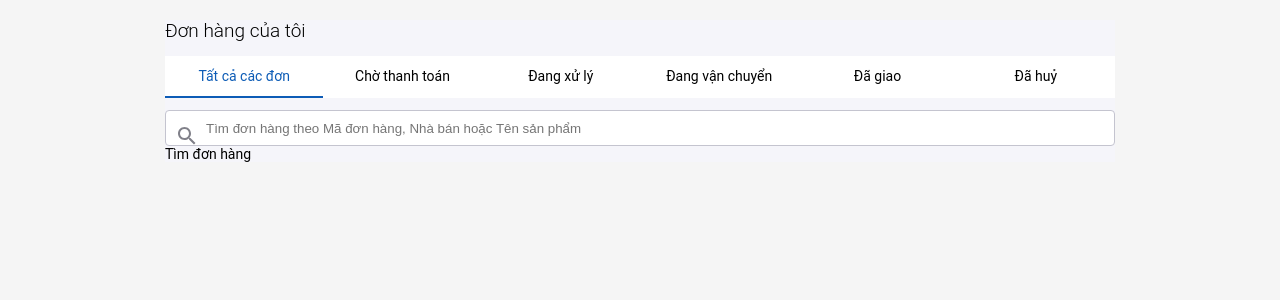
Repository: baopham2-tiki/tiki-order-listing
Page: /oderApp
An editor plug-in stored every save of this project. The page is shown before and after a run of saves, followed by the edit.
The browser window is 1280 px wide. The pictures show the whole page.
The project was rebuilt for these pictures with package versions that can differ from the ones it lists, and the page was loaded fresh each time. The framework's server and built-in components were replaced by stand-ins that run in the browser. Also part of the build but not shown: next.config.js.

Above is the page before, as saved 2022-11-10 00:41:48.

### pages/_app.tsx
import '../styles/globals.css'
import type { AppProps } from 'next/app'
import { store } from '../store'
import { Provider } from 'react-redux'

export default function App({ Component, pageProps }: AppProps) {
  return (
    <Provider store={store}>
      <Component {...pageProps} />
    </Provider>
  )
}

### pages/oderApp.tsx
import React from 'react'
import styled from 'styled-components'

const StyledOrderApp = styled.div`
  max-width: 950px;
  margin: 0 auto;
  background-color: #f5f5fa;
`
const Heading = styled.div`
  font-size: 19px;
  line-height: 21px;
  font-weight: 300;
  margin: 20px 0px 15px;
`
const StyledTabs = styled.div`
  cursor: pointer;
  background: rgb(255, 255, 255);
  width: 100%;
  display: flex;
  flex-direction: row;
  overflow: hidden;
  position: sticky;
  top: 0px;
  z-index: 10;
  .styledOderTabs {
    width: 16.6667%;
    padding: 12px 0px;
    text-align: center;
  }
  .styledOderTabs.active {
    border-bottom: 2px solid rgb(13, 92, 182);
    color: rgb(13, 92, 182);
  }
`

const StyledInput = styled.div`
  width: 100%;
  position: relative;
  margin: 12px 0px;
  .icon-left {
    position: absolute;
    left: 10px;
    top: 50%;
    transform: translateY(-50%);
    width: 24px;
    height: 24px;
  }
  .input {
    padding-left: 40px !important;
    transition: border-color 0.15s ease-in-out 0s, box-shadow 0.15s ease-in-out 0s,
      -webkit-box-shadow 0.15s ease-in-out 0s;
    height: 36px;
    width: 100%;
    border-radius: 4px;
    padding: 10px 12px;
    line-height: 20px;
    outline: none;
    flex: 1 1 0%;
    border: 1px solid rgb(196, 196, 207);
  }
`
export default function oderApp() {
  return (
    <StyledOrderApp>
      <Heading>Đơn hàng của tôi</Heading>
      <StyledTabs>
        <div className="styledOderTabs active">Tất cả các đơn</div>
        <div className="styledOderTabs">Chờ thanh toán</div>
        <div className="styledOderTabs">Đang xử lý</div>
        <div className="styledOderTabs">Đang vận chuyển</div>
        <div className="styledOderTabs">Đã giao</div>
        <div className="styledOderTabs">Đã huỷ</div>
      </StyledTabs>
      <StyledInput>
        <svg
          stroke="currentColor"
          fill="currentColor"
          stroke-width="0"
          viewBox="0 0 24 24"
          color="#808089"
          className="icon-left"
          height="1em"
          width="1em"
          xmlns="http://www.w3.org/2000/svg"
        >
          <path d="M15.5 14h-.79l-.28-.27C15.41 12.59 16 11.11 16 9.5 16 5.91 13.09 3 9.5 3S3 5.91 3 9.5 5.91 16 9.5 16c1.61 0 3.09-.59 4.23-1.57l.27.28v.79l5 4.99L20.49 19l-4.99-5zm-6 0C7.01 14 5 11.99 5 9.5S7.01 5 9.5 5 14 7.01 14 9.5 11.99 14 9.5 14z"></path>
        </svg>
        <input
          name="search"
          placeholder="Tìm đơn hàng theo Mã đơn hàng, Nhà bán hoặc Tên sản phẩm"
          type="search"
          className="input with-icon-left"
        ></input>
        <div className="search-right">Tìm đơn hàng</div>
      </StyledInput>
    </StyledOrderApp>
  )
}

### styles/globals.css
html,
body {
  padding: 0;
  margin: 0;
  font-family: -apple-system, BlinkMacSystemFont, Segoe UI, Roboto, Oxygen, Ubuntu, Cantarell,
    Fira Sans, Droid Sans, Helvetica Neue, sans-serif;
  background-color: #f5f5f5;
  font-family: Roboto, Helvetica, Arial, sans-serif;
  font-size: 14px;
}

a {
  color: inherit;
  text-decoration: none;
}

* {
  box-sizing: border-box;
}

@media (prefers-color-scheme: dark) {
  html {
    color-scheme: dark;
  }
  body {
    color: white;
    background: black;
  }
}

### store.ts
import { configureStore } from '@reduxjs/toolkit';
import counterReducer from './slices/counterSlice';

export const store = configureStore({
  reducer: {
    counter: counterReducer,
  },
});
// Infer the `RootState` and `AppDispatch` types from the store itself
export type RootState = ReturnType<typeof store.getState>;
// Inferred type: {posts: PostsState, comments: CommentsState, users: UsersState}
export type AppDispatch = typeof store.dispatch;

### slices/counterSlice.ts
import { createSlice } from '@reduxjs/toolkit';
import type { PayloadAction } from '@reduxjs/toolkit';

export interface CounterState {
  value: number;
}

const initialState: CounterState = {
  value: 0,
};

export const counterSlice = createSlice({
  name: 'counter',
  initialState,
  reducers: {
    increment: (state) => {
      state.value += 1;
    },
    decrement: (state) => {
      state.value -= 1;
    },
    incrementByAmount: (state, action: PayloadAction<number>) => {
      state.value += action.payload;
    },
  },
});

// Action creators are generated for each case reducer function
export const { increment, decrement, incrementByAmount } = counterSlice.actions;

export default counterSlice.reducer;

After the next 2 saves:
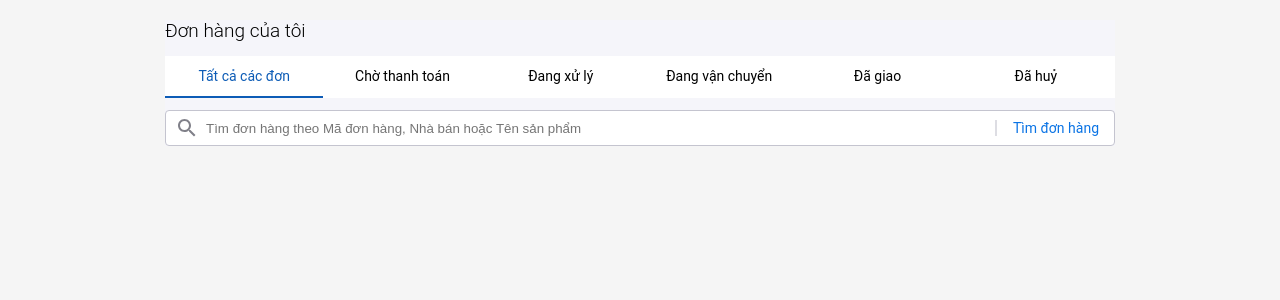
The 2 saves are shown as one change because they came seconds apart.
The last was saved 23 s later.
--- a/pages/oderApp.tsx
+++ b/pages/oderApp.tsx
@@ -58,6 +58,16 @@ const StyledInput = styled.div`
     flex: 1 1 0%;
     border: 1px solid rgb(196, 196, 207);
   }
+  .search-right {
+    position: absolute;
+    right: 10px;
+    top: 50%;
+    transform: translateY(-50%);
+    color: rgb(11, 116, 229);
+    padding: 0px 6px 0px 16px;
+    border-left: 2px solid rgb(221, 221, 227);
+    cursor: pointer;
+  }
 `
 export default function oderApp() {
   return (
